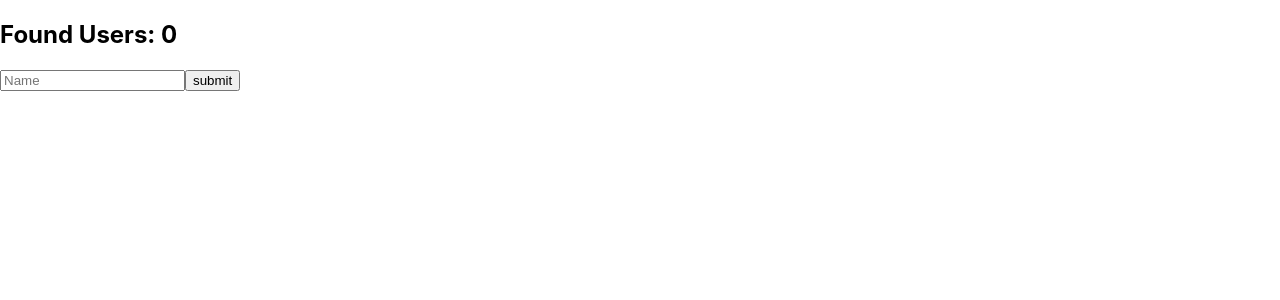
Repository: CoderStatn/NodeExpressFrontend
Page: /
An editor plug-in stored every save of this project. The page is shown before and after a run of saves, followed by the edit.
The browser window is 1280 px wide. The pictures show the whole page.
The page's requests for data from a server got no answer. The project was rebuilt for these pictures with package versions that can differ from the ones it lists, and the page was loaded fresh each time. No one was signed in, and anything a server would have sent is missing. Also part of the build but not shown: src/App.css.

Above is the page before, as saved 2021-11-03 05:07:49.

After the next 2 saves:
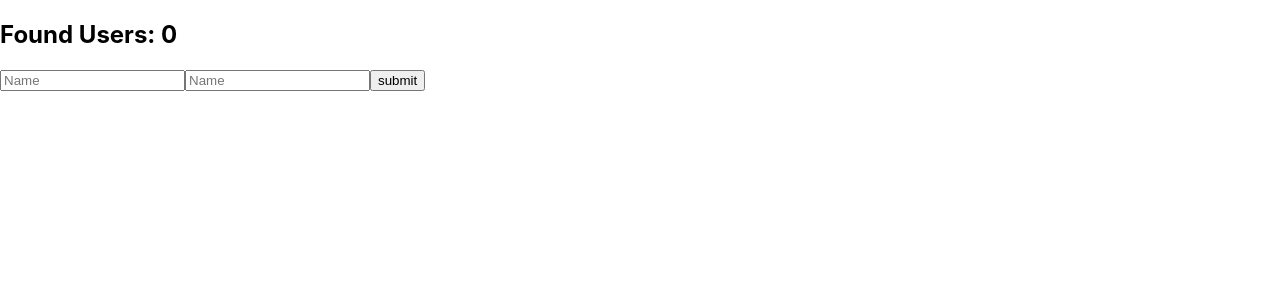
The 2 saves are shown as one change because they came seconds apart.
The last was saved 77 s later.
--- a/src/component/User/User.js
+++ b/src/component/User/User.js
@@ -27,6 +27,7 @@ const User = () => {
             <h2>Found Users: {users.length}</h2>
             <form onSubmit={handleAddUser}>
                 <input type="text" ref={nameRef} placeholder='Name' />
+                <input type="text" ref={nameRef} placeholder='Name' />
                 <input type="submit" value="submit" />
             </form>
             <ul>
